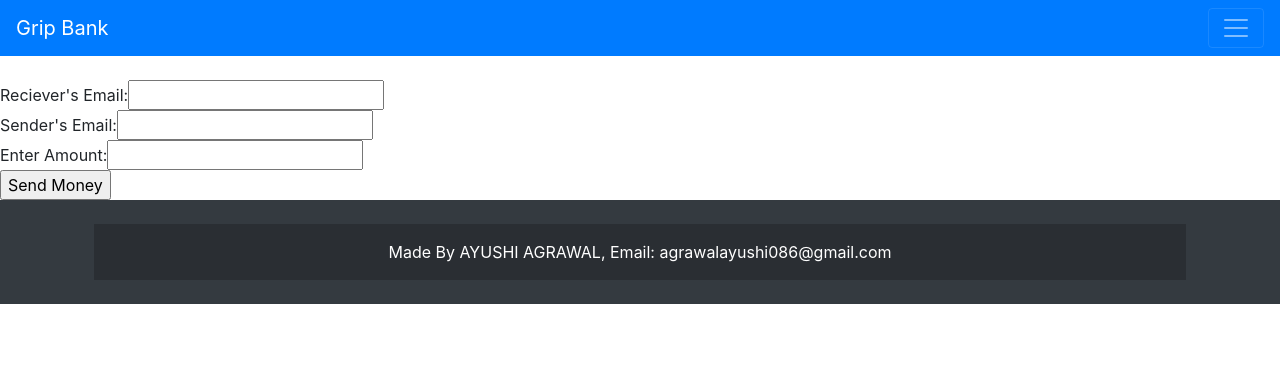
Repository: ayushiagrawal083/BasicBankingSystem
Page: Bank/WebContent/sendmoney.html
An editor plug-in stored every save of this project. The page is shown before and after the next save, followed by the edit.
The browser window is 1280 px wide. The pictures show the whole page.

Above is the page before, as saved 2022-10-21 10:40:36.
Console error: TypeError: Cannot read properties of undefined (reading 'fn')

After the next save:
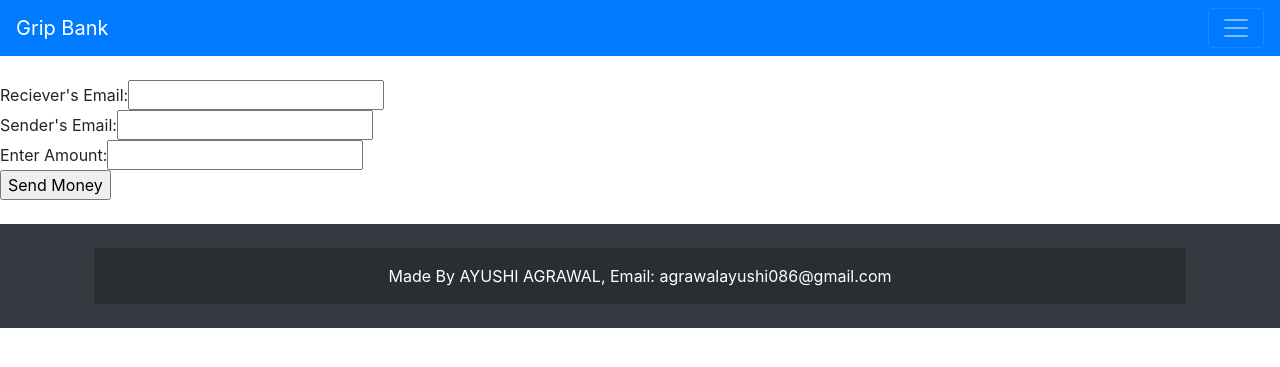
Saved 89 s later.
--- a/Bank/WebContent/sendmoney.html
+++ b/Bank/WebContent/sendmoney.html
@@ -41,7 +41,7 @@ Sender's Email:<input type="email" name="email" /><br />
 Enter Amount:<input type="number" name="money" /><br />
 <input type="submit" value="Send Money"/>
 
-</form>
+</form><br />
 <footer class="bg-dark text-center text-white">
 
   <div class="container p-4 pb-0">
